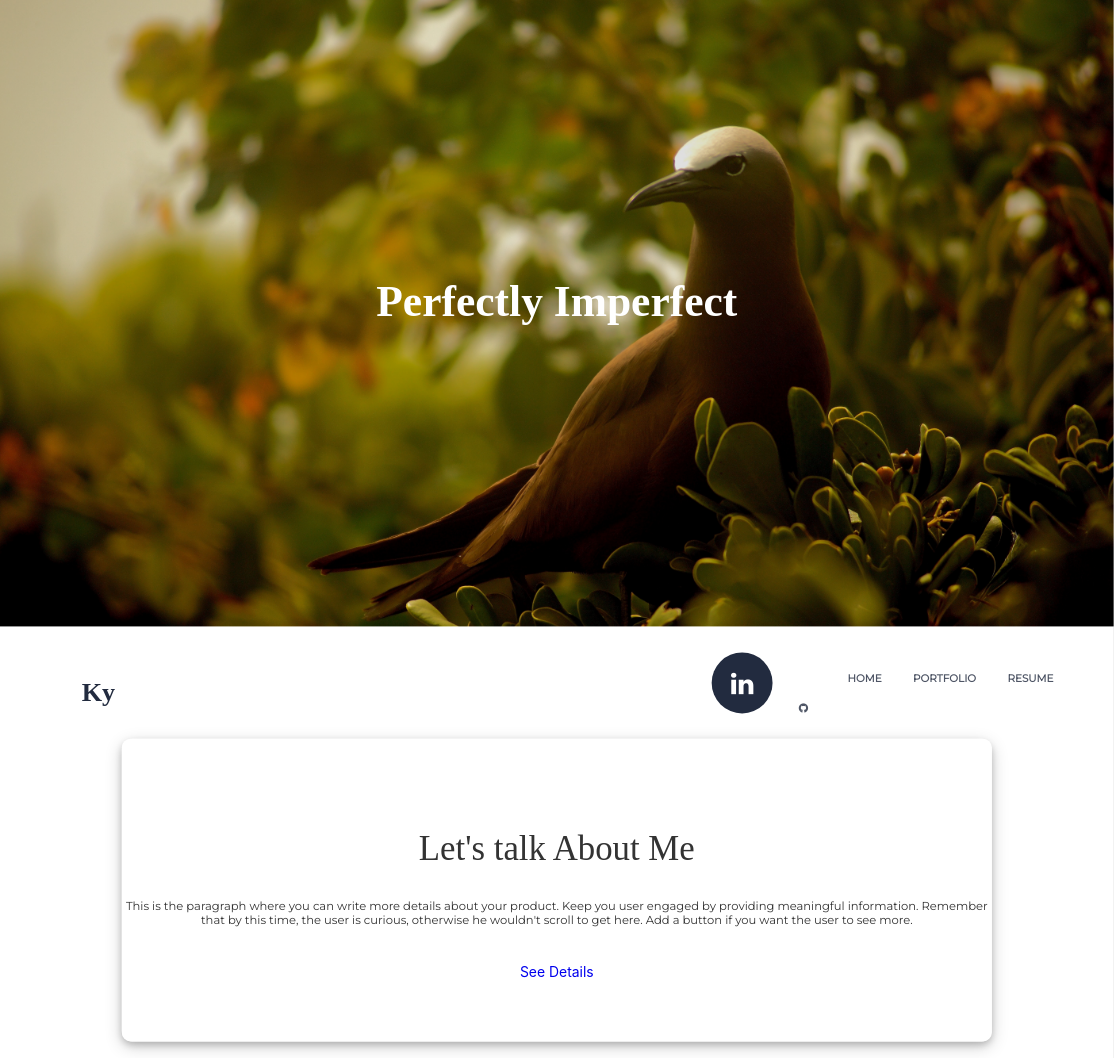
Repository: kkyler24/Perfectly-Imperfect
Page: / (app in imperfect/)
These files come from the project's save history. The page is drawn as it stood at one moment and after the next save; the edit follows.
The browser window is 1280 px wide. The pictures show the whole page, at 87% of full size.
Backgrounds fixed to the window are drawn as part of the page. Some web fonts or font styles are not loaded; a fallback is used. The project was rebuilt for these pictures with package versions that can differ from the ones it lists, and the page was loaded fresh each time.

Above is the page before, as saved 2020-08-06 13:05:05.

After the next save:
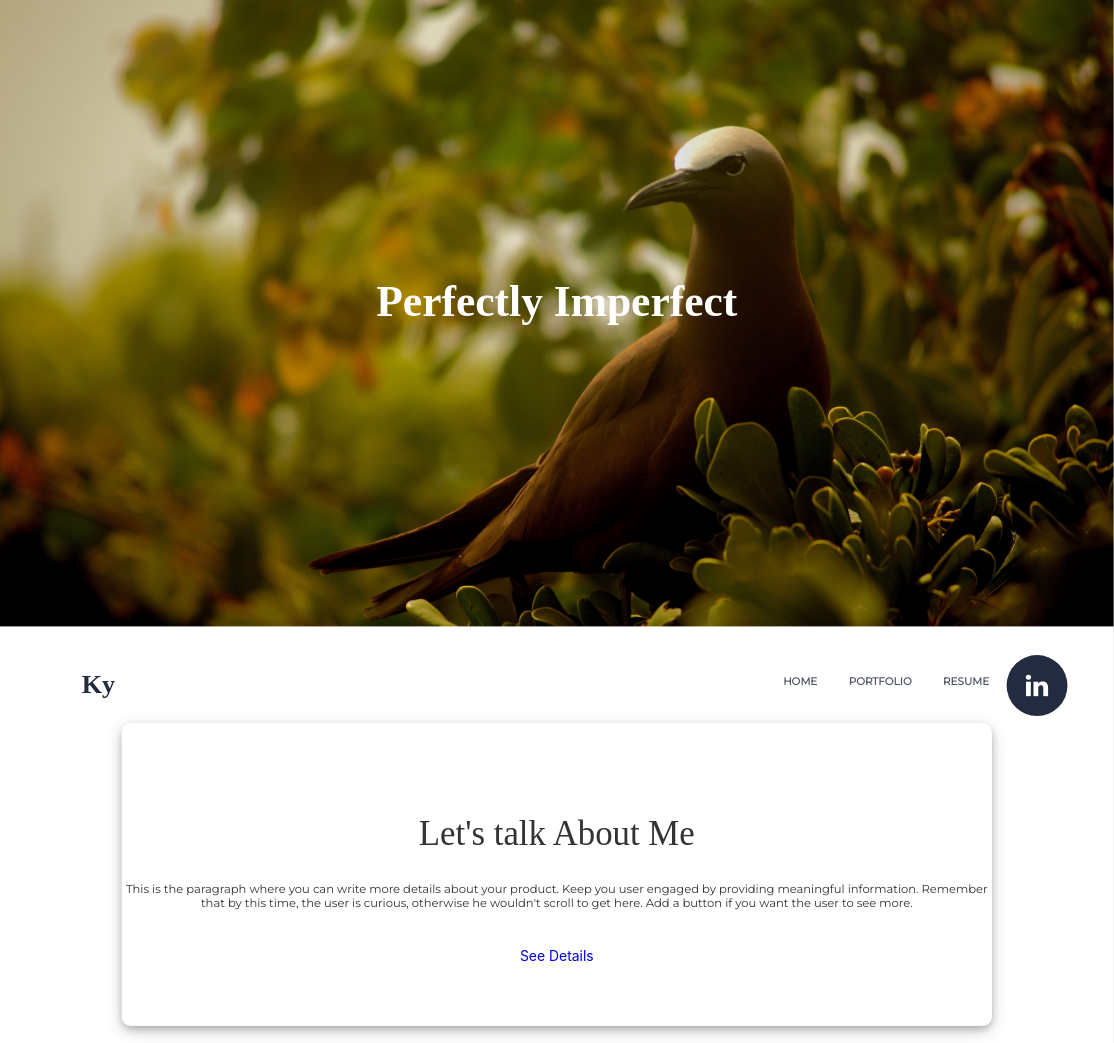
Saved 2 min 54 s later.
--- a/imperfect/src/Components/navbarComponent/navbar.js
+++ b/imperfect/src/Components/navbarComponent/navbar.js
@@ -39,32 +39,19 @@ function NavBar() {
                   {/* <i class="fa fa-linkedIn"></i> */}
                 </a>
               </li>
-              <li class="nav-item">
-                <a
-                  href="https://www.linkedin.com/in/ky-kyler-a723b932/"
-                  target="_blank"
-                  class="fa fa-linkedin"
-                ></a>
-              </li>
+
               <li class="nav-item">
                 <a
                   data-placement="bottom"
-                  href="https://twitter.com/CreativeTim?ref=creativetim"
+                  href="#"
                   target="_blank"
                   title="Follow us on Twitter"
-                  class="nav-link"
                 >
                   {/* <i class="fa fa-twitter"></i> */}
                   <p class="d-lg-none"></p>
                 </a>
                 <li class="nav-item mr-2rem">
-                  <a
-                    data-placement="bottom"
-                    href="https://www.linkedin.com/in/ky-kyler-a723b932/"
-                    target="_blank"
-                    title="Star on GitHub"
-                    class="nav-link fa fa-github"
-                  >
+                  <a data-placement="bottom" href="#" target="_blank">
                     {/* <i class="fa fa-github"></i> */}
                     <p class="d-lg-none"></p>
                   </a>
@@ -85,7 +72,13 @@ function NavBar() {
                   <i class="nc-icon nc-book-bookmark"></i> Resume
                 </a>
               </li>
-
+              <li class="nav-item">
+                <a
+                  href="https://www.linkedin.com/in/ky-kyler-a723b932/"
+                  target="_blank"
+                  class="fa fa-linkedin"
+                ></a>
+              </li>
               <li class="nav-item">
                 <a
                   data-placement="bottom"
